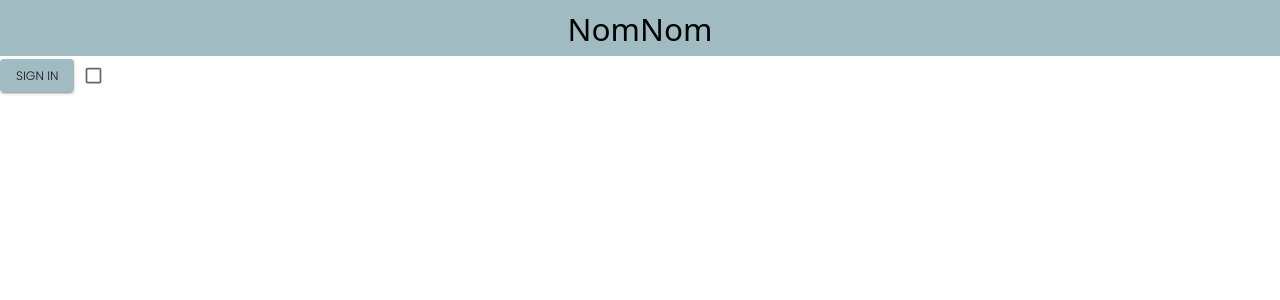
Repository: namphextra/portfolio
Page: /admin/login
An editor plug-in stored every save of this project. The page is shown before and after the next save, followed by the edit.
The browser window is 1280 px wide. The pictures show the whole page.
The page's requests for data from a server got no answer. The project was rebuilt for these pictures with package versions that can differ from the ones it lists, and the page was loaded fresh each time. The framework's server and built-in components were replaced by stand-ins that run in the browser. No one was signed in, and anything a server would have sent is missing. Also part of the build but not shown: next.config.js.

Above is the page before, as saved 2023-02-15 17:29:03.

After the next save:
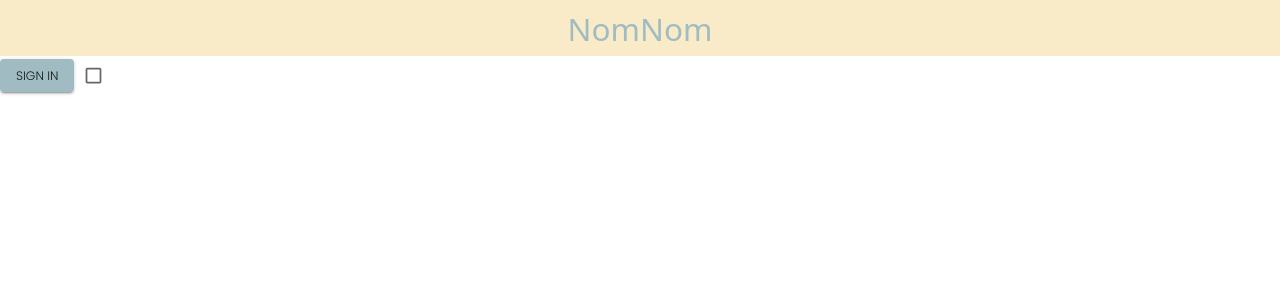
Saved 2 min 3 s later.
--- a/src/app/admin/layout.tsx
+++ b/src/app/admin/layout.tsx
@@ -7,8 +7,8 @@
 }) {
   return (
     <>
-      <header className="w-full h-16 bg-primary flex justify-center items-center">
-        <p className="font-pacifico text-4xl">NomNom</p>
+      <header className="w-full h-16 bg-secondary flex justify-center items-center">
+        <p className="font-pacifico text-4xl text-primary">NomNom</p>
       </header>
       {children}
     </>
